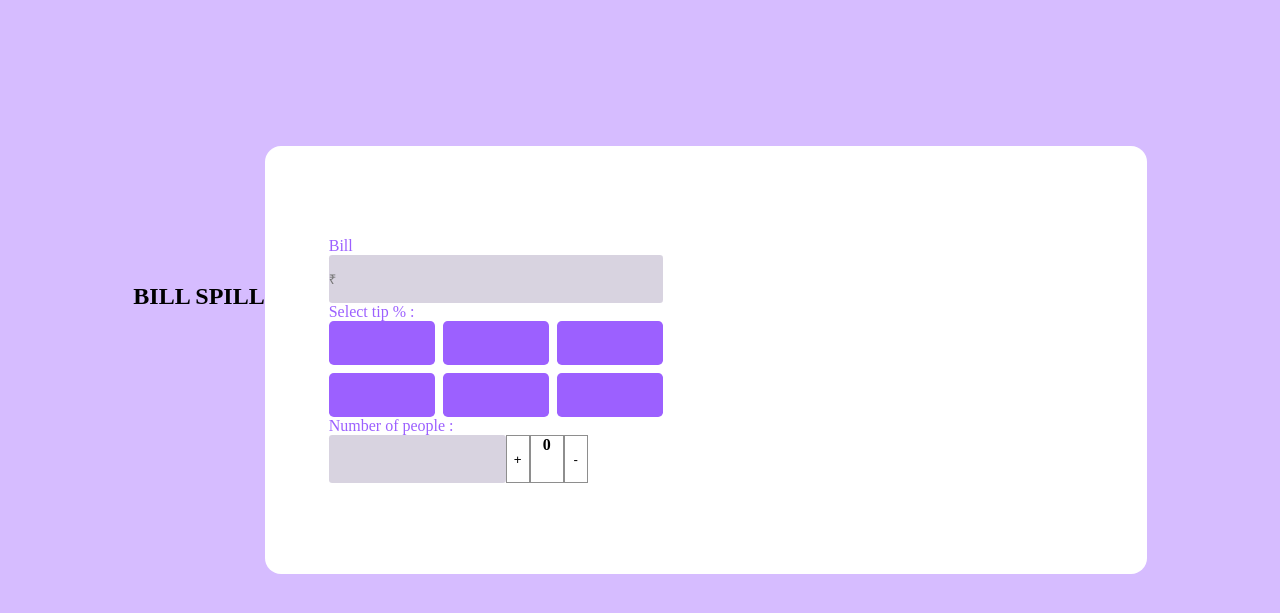
Repository: drumsmanku/micro-project-3
Page: index.html
The author's editor kept a copy of each file at every save. The page is drawn from the files as they stood at one save, then again after the next save.
The browser window is 1280 px wide. The pictures show the whole page.

Above is the page before, as saved 2023-04-17 17:52:58.

### index.html
<!DOCTYPE html>
<html lang="en">
<head>
  <meta charset="UTF-8">
  <meta http-equiv="X-UA-Compatible" content="IE=edge">
  <meta name="viewport" content="width=device-width, initial-scale=1.0">
  <link rel="stylesheet" href="styles.css">
  <title>Bill Spill</title>
</head>
<body>
  <main>
    <h2>BILL SPILL</h2>
    <div class="entire-container">
      <div class="left-inside-container">
          <label for="amount">Bill</label>
          <input type="number" name="total" id="total-bill" placeholder="₹" >

          <label for="tip">Select tip % :</label>
          <div class="button-containers">
            <button class="bt-1 sizing"></button>
            <button class="bt-2 sizing"></button>
            <button class="bt-3 sizing"></button>
            <button class="bt-4 sizing"></button>
            <button class="bt-5 sizing"></button>
            <button class="bt-6 sizing"></button>
          </div>

          <label for="people">Number of people : </label>
          <div class="people-container">
            <input type="number" name="people" id="people-number">
            <button id="add-people">+</button>
            <h4 class="center-text">0</h4>
            <button id="sub-people">-</button>
          </div>
      </div>


      <div class="right-inside-container"></div>
    </div>
  </main>
</body>
</html>

### styles.css
@import url('https://fonts.googleapis.com/css2?family=DM+Sans&display=swap');
/* font-family: 'DM Sans', sans-serif; */
*{
  padding: 0;
  margin: 0;
}

main{
  width: 100%;
  height: 100vh;
  display: flex;
  justify-content: center;
  align-items: center;
  background-color:  #D6BCFF;
}

main>h2{
  position: relative;
  top: -4rem;
}

.entire-container{
  width: 818px;
  height: 428px;
  background-color: white;

  display: flex;
  padding-left: 4rem;
  flex-direction: row;
  border-radius: 1rem;

}

.left-inside-container{
  display: flex;
  flex-wrap: wrap;
  flex-direction: column;
  justify-content: center;
}

.button-containers{
  display: grid;
  grid-template-columns: repeat(3, minmax(0,1fr));
  grid-template-rows: repeat(2, minmax(0,1fr));
  grid-gap: 0.5rem;
}

.sizing{
  width: 106px;
  height: 44px;
  border: none;
  background-color: #9C60FF;
  border-radius: 0.3rem;
}
.people-container{
  display: flex;
  flex-direction: row;
}
.people-container>h4{
  border: 1px solid #8E8E8E;
  width: 2rem;
  text-align: center;
}
.people-container>button{
  background: none;
  border: 1px solid #8E8E8E;
  width: 1.5rem;
}
input{
  border-radius: 0.2rem;
  border: none;
  background-color: rgba(182, 172, 196, 0.53);
  height: 3rem;
}
label{
  color: #9C60FF;
}

After the next save:
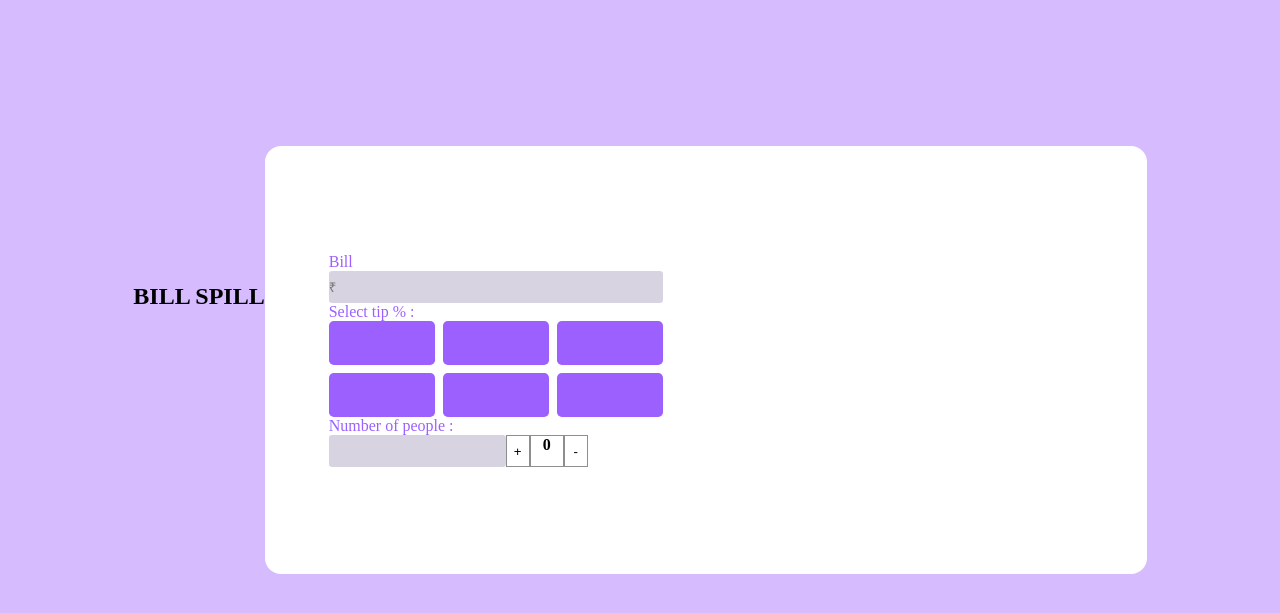
Saved 4 s later.
--- a/styles.css
+++ b/styles.css
@@ -70,7 +70,7 @@ input{
   border-radius: 0.2rem;
   border: none;
   background-color: rgba(182, 172, 196, 0.53);
-  height: 3rem;
+  height: 2rem;
 }
 label{
   color: #9C60FF;
